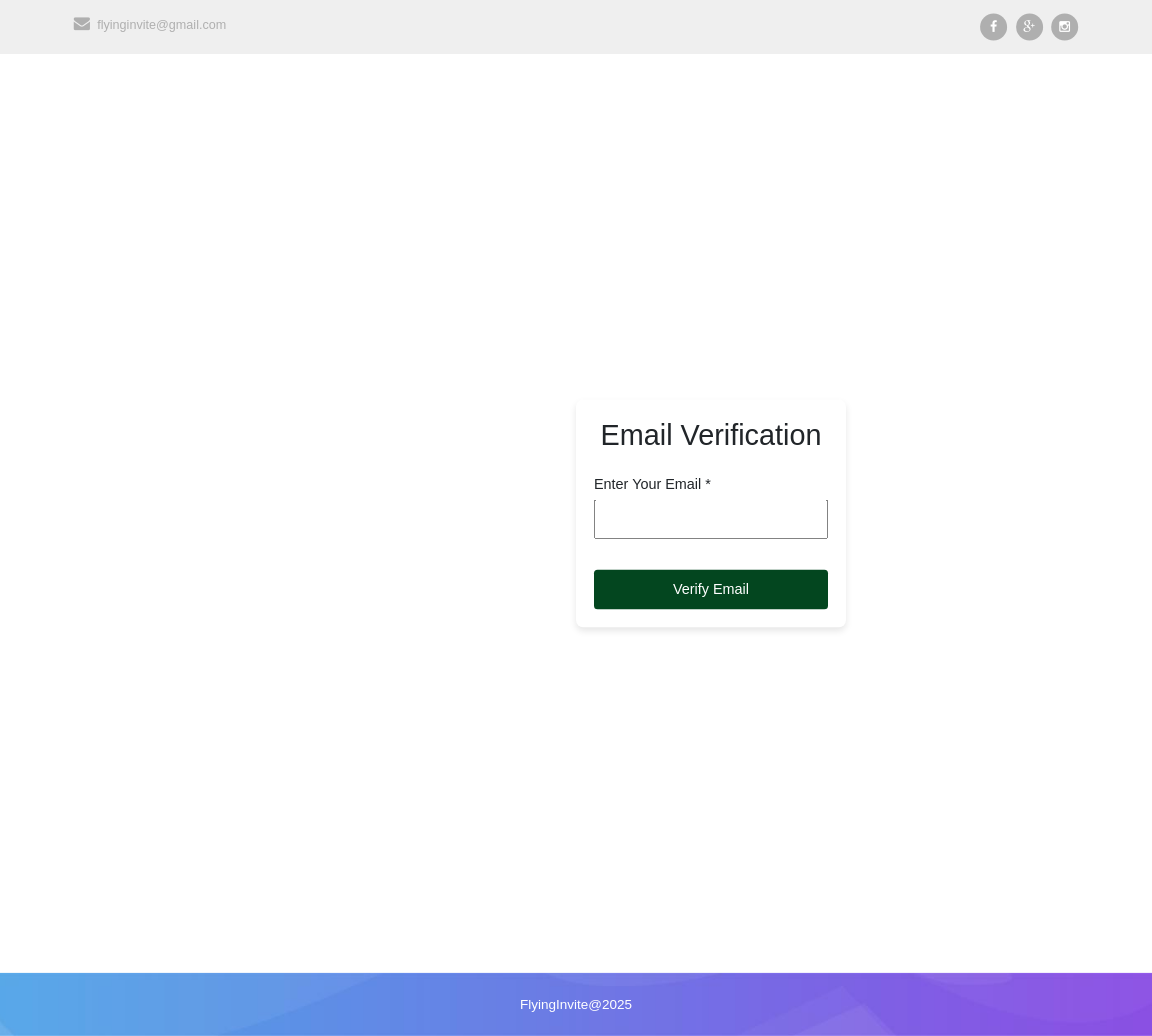
Repository: viraj7551/Flying-Invite-Project
Page: http://localhost/FlyingInvite/verifyEmail.jsp
These files come from the project's save history. The page is drawn as it stood at one moment and after the next save; the edit follows.
The browser window is 1280 px wide. The pictures show the whole page, at 90% of full size.
The page is served by Tomcat 9. Other server files are loaded and not shown.

Above is the page before, as saved 2025-04-20 09:12:22.

### FlyingInvite/WebContent/verifyEmail.jsp
<%@ page language="java" contentType="text/html; charset=ISO-8859-1"
    pageEncoding="ISO-8859-1"%>
<!DOCTYPE html>
<html>
<head>
  <meta charset="UTF-8">
  <meta name="viewport" content="width=device-width, initial-scale=1, shrink-to-fit=no">
  <meta name="description" content="">
  <meta name="author" content="">
  <link rel="preconnect" href="https://fonts.googleapis.com">
  <link rel="preconnect" href="https://fonts.gstatic.com" crossorigin>
  <link href="https://fonts.googleapis.com/css2?family=Poppins:wght@100;200;300;400;500;600;700;800;900&display=swap" rel="stylesheet">

  <title>Flying Invite | Name Suggestor</title>

  <!-- Bootstrap core CSS -->
  <link href="vendor/bootstrap/css/bootstrap.min.css" rel="stylesheet">


  <!-- Additional CSS Files -->
  <link rel="stylesheet" href="assets/css/fontawesome.css">
  <link rel="stylesheet" href="assets/css/app.css">
  <link rel="stylesheet" href="assets/css/animated.css">
  <link rel="stylesheet" href="assets/css/owl.css">
  <link rel="stylesheet" href="assets/css/style.css">
   <link rel="stylesheet" href="assets/css/style02.css">

  <script async src="https://www.googletagmanager.com/gtag/js?id=G-DZ4MP44ET9"></script>
<script>
  window.dataLayer = window.dataLayer || [];
  function gtag(){dataLayer.push(arguments);}
  gtag('js', new Date());

  gtag('config', 'G-DZ4MP44ET9');
</script>


</head>
<body>

   <%
      if(session.getAttribute("generatedOTP") != null){
    	  session.invalidate();
      }
   %>


 <!-- ***** Preloader Start ***** -->
  <div id="js-preloader" class="js-preloader">
    <div class="preloader-inner">
      <span class="dot"></span>
      <div class="dots">
        <span></span>
        <span></span>
        <span></span>
      </div>
    </div>
  </div>

    <!-- ***** Preloader End ***** -->

  <!-- Pre-header Starts -->
  <div class="pre-header">
    <div class="container">
      <div class="row">
        <div class="col-lg-8 col-sm-8 col-7">
          <ul class="info">
            <li><a href="#"><i class="fa fa-envelope"></i>flyinginvite@gmail.com</a></li>
          </ul>
        </div>
        <div class="col-lg-4 col-sm-4 col-5">
          <ul class="social-media">
            <li><a href="https://www.facebook.com/profile.php?id=61567671551405" target="_blank"><i class="fa fa-facebook"></i></a></li>
            <li><a href="#"><i class="fa fa-google-plus"></i></a></li>
            <li><a href="https://www.instagram.com/flyinginvite/?igsh=Yjh6aXM5eHZ3a3Nt" target="_blank"><i class="fa fa-instagram"></i></a></li>
          </ul>
        </div>
      </div>
    </div>
  </div>
  <!-- Pre-header End -->



    <div id="form-container">
        <h2>Email Verification</h2> <br>
        <form id="signup-form" method="POST" action="/Child_Name_Generator/VerifyEmail" onsubmit="return baby_name_generator()">
            <label for="email">Enter Your Email *</label>
            <input type="email" id="email" name="email" required><br>
            <button type="submit">Verify Email</button>
        </form>
    </div>












  <!-- Footer -->
  <footer>
    <div class="container">
      <div class="row">
        <div class="col-lg-12">
           <p>FlyingInvite@2025</p>
        </div>
      </div>
    </div>
  </footer>

  <!-- Scripts -->
  <script src="vendor/jquery/jquery.min.js"></script>
  <script src="vendor/bootstrap/js/bootstrap.bundle.min.js"></script>
  <script src="assets/js/owl-carousel.js"></script>
  <script src="assets/js/animation.js"></script>
  <script src="assets/js/imagesloaded.js"></script>
  <script src="assets/js/custom.js"></script>
  <script src="assets/js/app.js"></script>
</body>
</html>

### FlyingInvite/WebContent/assets/css/owl.css
/**
 * Owl Carousel v2.3.4
 * Copyright 2013-2018 David Deutsch
 * Licensed under: SEE LICENSE IN https://github.com/OwlCarousel2/OwlCarousel2/blob/master/LICENSE
 */
/*
 *  Owl Carousel - Core
 */
.owl-carousel {
  display: none;
  width: 100%;
  -webkit-tap-highlight-color: transparent;
  /* position relative and z-index fix webkit rendering fonts issue */
  position: relative;
  z-index: 1; }
  .owl-carousel .owl-stage {
    position: relative;
    -ms-touch-action: pan-Y;
    touch-action: manipulation;
    -moz-backface-visibility: hidden;
    /* fix firefox animation glitch */ }
  .owl-carousel .owl-stage:after {
    content: ".";
    display: block;
    clear: both;
    visibility: hidden;
    line-height: 0;
    height: 0; }
  .owl-carousel .owl-stage-outer {
    position: relative;
    overflow: hidden;
    /* fix for flashing background */
    -webkit-transform: translate3d(0px, 0px, 0px); }
  .owl-carousel .owl-wrapper,
  .owl-carousel .owl-item {
    -webkit-backface-visibility: hidden;
    -moz-backface-visibility: hidden;
    -ms-backface-visibility: hidden;
    -webkit-transform: translate3d(0, 0, 0);
    -moz-transform: translate3d(0, 0, 0);
    -ms-transform: translate3d(0, 0, 0); }
  .owl-carousel .owl-item {
    position: relative;
    min-height: 1px;
    float: left;
    -webkit-backface-visibility: hidden;
    -webkit-tap-highlight-color: transparent;
    -webkit-touch-callout: none; }
  .owl-carousel .owl-item img {
    display: block;
    width: 100%; }
  .owl-carousel .owl-nav.disabled,
  .owl-carousel .owl-dots.disabled {
    display: none; }
  .owl-carousel .owl-nav .owl-prev,
  .owl-carousel .owl-nav .owl-next,
  .owl-carousel .owl-dot {
    cursor: pointer;
    -webkit-user-select: none;
    -khtml-user-select: none;
    -moz-user-select: none;
    -ms-user-select: none;
    user-select: none; }
  .owl-carousel .owl-nav button.owl-prev,
  .owl-carousel .owl-nav button.owl-next,
  .owl-carousel button.owl-dot {
    background: none;
    color: inherit;
    border: none;
    padding: 0 !important;
    font: inherit; }
  .owl-carousel.owl-loaded {
    display: block; }
  .owl-carousel.owl-loading {
    opacity: 0;
    display: block; }
  .owl-carousel.owl-hidden {
    opacity: 0; }
  .owl-carousel.owl-refresh .owl-item {
    visibility: hidden; }
  .owl-carousel.owl-drag .owl-item {
    -ms-touch-action: pan-y;
        touch-action: pan-y;
    -webkit-user-select: none;
    -moz-user-select: none;
    -ms-user-select: none;
    user-select: none; }
  .owl-carousel.owl-grab {
    cursor: move;
    cursor: grab; }
  .owl-carousel.owl-rtl {
    direction: rtl; }
  .owl-carousel.owl-rtl .owl-item {
    float: right; }

/* No Js */
.no-js .owl-carousel {
  display: block; }

/*
 *  Owl Carousel - Animate Plugin
 */
.owl-carousel .animated {
  animation-duration: 1000ms;
  animation-fill-mode: both; }

.owl-carousel .owl-animated-in {
  z-index: 0; }

.owl-carousel .owl-animated-out {
  z-index: 1; }

.owl-carousel .fadeOut {
  animation-name: fadeOut; }

@keyframes fadeOut {
  0% {
    opacity: 1; }
  100% {
    opacity: 0; } }

/*
 * 	Owl Carousel - Auto Height Plugin
 */
.owl-height {
  transition: height 500ms ease-in-out; }

/*
 * 	Owl Carousel - Lazy Load Plugin
 */
.owl-carousel .owl-item {
  /**
			This is introduced due to a bug in IE11 where lazy loading combined with autoheight plugin causes a wrong
			calculation of the height of the owl-item that breaks page layouts
		 */ }
  .owl-carousel .owl-item .owl-lazy {
    opacity: 0;
    transition: opacity 400ms ease; }
  .owl-carousel .owl-item .owl-lazy[src^=""], .owl-carousel .owl-item .owl-lazy:not([src]) {
    max-height: 0; }
  .owl-carousel .owl-item img.owl-lazy {
    transform-style: preserve-3d; }

/*
 * 	Owl Carousel - Video Plugin
 */
.owl-carousel .owl-video-wrapper {
  position: relative;
  height: 100%;
  background: #000; }

.owl-carousel .owl-video-play-icon {
  position: absolute;
  height: 80px;
  width: 80px;
  left: 50%;
  top: 50%;
  margin-left: -40px;
  margin-top: -40px;
  background: url("owl.video.play.png") no-repeat;
  cursor: pointer;
  z-index: 1;
  -webkit-backface-visibility: hidden;
  transition: transform 100ms ease; }

.owl-carousel .owl-video-play-icon:hover {
  -ms-transform: scale(1.3, 1.3);
      transform: scale(1.3, 1.3); }

.owl-carousel .owl-video-playing .owl-video-tn,
.owl-carousel .owl-video-playing .owl-video-play-icon {
  display: none; }

.owl-carousel .owl-video-tn {
  opacity: 0;
  height: 100%;
  background-position: center center;
  background-repeat: no-repeat;
  background-size: contain;
  transition: opacity 400ms ease; }

.owl-carousel .owl-video-frame {
  position: relative;
  z-index: 1;
  height: 100%;
  width: 100%; }

### FlyingInvite/WebContent/assets/css/style.css
/* Aligns the heading text to the center. */

h1 {
    text-align: center;
  }

  /* Sets the width for the accordion. Sets the margin to 90px on the top and bottom and auto to the left and right */
.accordion-body{
    margin-top: 100px;
}


.navigate_section{
    margin: 90px auto;
}

#navigateHeader{
  display: none;
}
#navigateBtn{
  padding: 20px;
  background-color: #213448;
  color: #fff;
  margin-left: 350px;
  margin-top: 170px;
  margin-bottom: 170px;
  border-radius: 5px;
  width: max-content;
}
.blink_me{
  animation: blinker 1s linear infinite;
}

@keyframes blinker {
  50% {
    opacity: 0;
  }
}

#coming_soon_header{
  padding: 20px;
  color: #213448;
  margin-left: 350px;
  margin-top: 170px;
  margin-bottom: 170px;
  border-radius: 5px;
  width: max-content;
}

#navigateBtn:hover {
   background-color: #27548A;
}

  .accordion {
    width: 800px;
    margin: 90px auto;
    color: black;
    background-color: white;
    padding: 45px 45px;
  }

  .accordion .container {
    position: relative;
    margin: 10px 10px;
  }

  /* Positions the labels relative to the .container. Adds padding to the top and bottom and increases font size. Also makes its cursor a pointer */

  .accordion .label {
    position: relative;
    padding: 10px 0;
    font-size: 24px;
    color: black;
    cursor: pointer;
  }

  /* Positions the plus sign 5px from the right. Centers it using the transform property. */

.accordion .label::before {
    content: '+';
    color: black;
    position: absolute;
    top: 50%;
    right: -5px;
    font-size: 24px;
    transform: translateY(-50%);
  }

  /* Hides the content (height: 0), decreases font size, justifies text and adds transition */

  .accordion .content {
    position: relative;
    background: white;
    height: 0;
    font-size: 16px;
    text-align: justify;
    width: 780px;
    overflow: hidden;
    transition: 0.5s;
  }

  /* Adds a horizontal line between the contents */

  .accordion hr {
    width: 100;
    margin-left: 0;
    border: 1px solid grey;
  }

  /* Unhides the content part when active. Sets the height */

.accordion .container.active .content {
    height: 90px;
  }




  /* Changes from plus sign to negative sign once active */

  .accordion .container.active .label::before {
    content: '-';
    font-size: 30px;
  }


 @media (max-width: 1200px) {
    #navigateBtn{
      margin-left: 180px;
     }
  }

 @media only screen and (max-width: 1024px) {
    #coming_soon_header{
      margin-left: 180px;
    }
}

 @media only screen and (max-width: 1180px) {
    #coming_soon_header{
      margin-left: 180px;
    }
  }


  @media (max-width: 992px) {


    .accordion .container.active .content{
      width: auto;
      height: 100px;
    }

    #navigateBtn{
    margin-left: 55px;
   }
  }

   @media only screen and (max-width: 932px) and (min-width: 740px){
  #navigateBtn{
    margin-left: 135px;
   }

   #navigateHeader{
    display: block;
    margin-left: 110px;
  }
  #coming_soon_header{
    margin-left: 110px;
  }
 }



  @media (max-width: 767px){

    .accordion{
        width: auto;
    }
    .accordion .label {
        font-size: 16px;
      }

      .accordion .content {
        font-size: 14px;
        text-align: justify;
        width: 200px;
        overflow: hidden;
      }

      #navigateHeader{
        display: block;
        margin-left: 20px;
      }

      #coming_soon_header{
        margin-left: 20px;
      }
  }

    @media only screen and (max-width: 360px){
      #navigateHeader{
        display: block;
        margin-left: 60px;
      }
  }

### FlyingInvite/WebContent/assets/css/style02.css
@charset "ISO-8859-1";

    /* styles.css */
body {
    font-family: Arial, sans-serif;

}

#form-container {
	margin:30% 50%;
    background-color: white;
    padding: 20px;
    border-radius: 8px;
    box-shadow: 0px 4px 8px rgba(0, 0, 0, 0.1);
    width: 300px;
    text-align: center;
}

form {
    display: flex;
    flex-direction: column;
    align-items: flex-start;
}

label {
    margin-bottom: 5px;
}

input {
    padding: 8px;
    margin-bottom: 10px;
    width: 100%;
    box-sizing: border-box;
}

select{
    padding: 8px;
    margin-bottom: 25px;
    width: 100%;
    box-sizing: border-box;
}

select > option{
    padding: 15px;
}

.caste_preference{
    display: flex;
    width: 100%;
    margin-bottom: 5px;
}

.starting_letter_specific{
    display: flex;
    width: 100%;
    margin-bottom: 5px;
}

.error{
    margin-top: -30px;
    margin-bottom: 20px;
    color: red;
    font-size: 14px;
    display: none;
}

button {
    padding: 10px;
    background-color: #03461f;
    color: white;
    border: none;
    border-radius: 4px;
    cursor: pointer;
    width: 100%;
}

button:hover {
    background-color: #03751ac4;
}

Loaded but not shown: FlyingInvite/WebContent/assets/css/fontawesome.css (library); FlyingInvite/WebContent/assets/css/animated.css (common file); FlyingInvite/WebContent/assets/js/owl-carousel.js (3448 lines, source omitted); FlyingInvite/WebContent/assets/js/imagesloaded.js (496 lines, source omitted); FlyingInvite/WebContent/assets/js/animation.js (193 lines, source omitted); FlyingInvite/WebContent/assets/js/custom.js (172 lines, source omitted); FlyingInvite/WebContent/assets/js/app.js (7 lines, source omitted); FlyingInvite/WebContent/assets/css/app.css (2123 lines, source omitted)

After the next save:
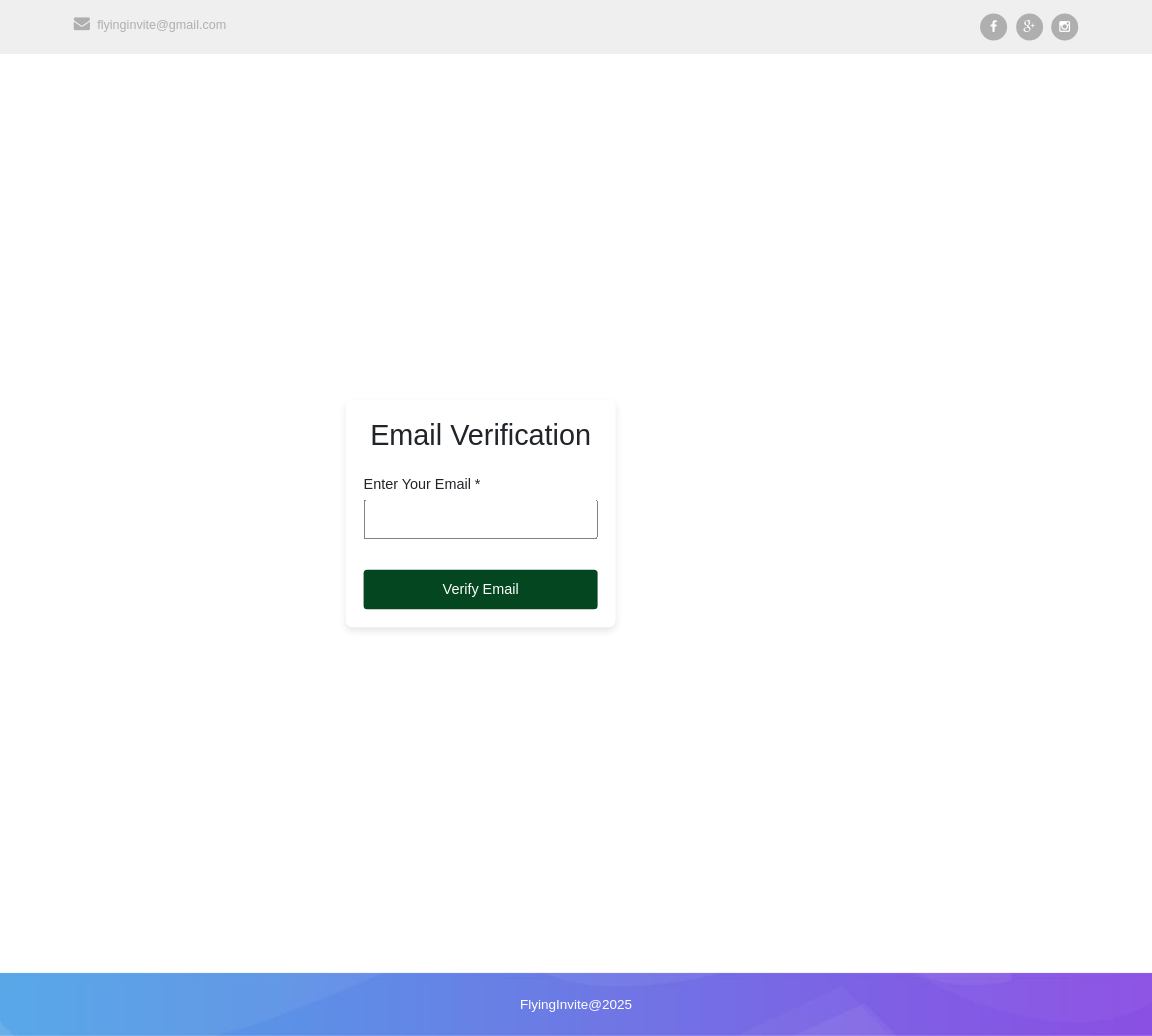
Saved 55 s later.
--- a/FlyingInvite/WebContent/assets/css/style02.css
+++ b/FlyingInvite/WebContent/assets/css/style02.css
@@ -7,7 +7,7 @@ body {
 }
 
 #form-container {
-	margin:30% 50%;
+	margin:30% 30%;
     background-color: white;
     padding: 20px;
     border-radius: 8px;
